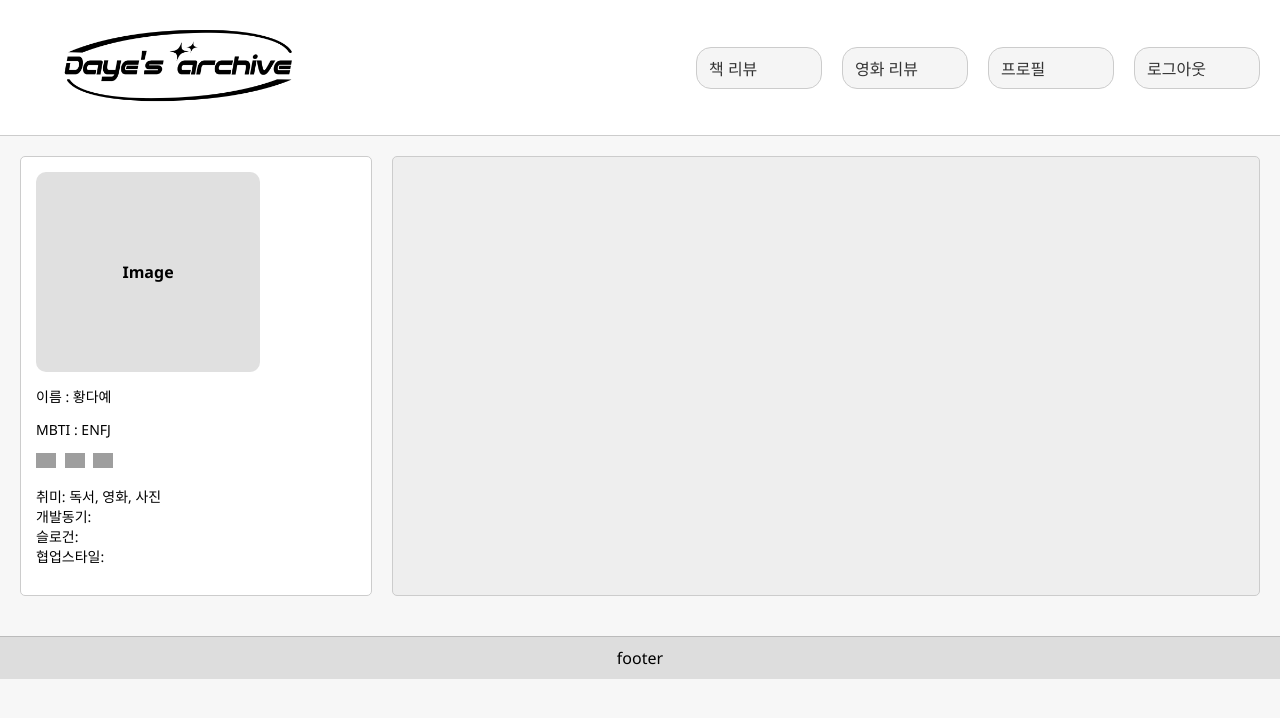
Repository: HWANG-DAYE/spring_project
Page: http://localhost/daye_archive/WEB-INF/views/main.jsp
An editor plug-in stored every save of this project. The page is shown before and after the next save, followed by the edit.
The browser window is 1280 px wide. The pictures show the whole page.
Pictures or frames that could not be fetched are drawn as grey boxes. The page is served by Tomcat 9. Nobody is signed in. Other server files are loaded and not shown. The template is opened directly, without the code that normally fills it, so the values that code supplies are empty.

Above is the page before, as saved 2025-08-06 06:02:54.

### daye_archive/src/main/webapp/WEB-INF/views/main.jsp
<%@ page language="java" contentType="text/html; charset=UTF-8"
	pageEncoding="UTF-8"%>
<%@ taglib uri="http://java.sun.com/jsp/jstl/core" prefix="c"%>
<!DOCTYPE html>
<html lang="ko">
<head>
<meta charset="UTF-8">
<title>메인 페이지</title>
<style>
body {
	margin: 10px;
	font-family: 'Segoe UI', Tahoma, Geneva, Verdana, sans-serif;
	background-color: #f7f7f7;
}

header {
	display: flex;
	justify-content: space-between;
	align-items: center;
	padding: 10px 20px;
	background-color: #ffffff;
	border-bottom: 1px solid #ccc;
}


.container {
	display: flex;
	padding: 20px;
}

.profile {
	width: 320px;
	background-color: #fff;
	border: 1px solid #ccc;
	padding: 15px;
	border-radius: 5px;
	margin-right: 20px;
	text-align: center;
	align-items: center;
}

.profile .image-box {
	width: 70%;
	height: 200px;
	background-color: #e0e0e0;
	border-radius: 10px;
	margin-bottom: 10px;
	display: flex;
	justify-content: center;
	align-items: center;
	font-weight: bold;
}

.profile .info {
	text-align: left;
	font-size: 14px;
	margin-top: 10px;
}

.profile .sns {
	margin: 8px 0;
}

.profile .sns img {
	width: 20px;
	margin-right: 5px;
}

.content {
	flex: 1;
	background-color: #eeeeee;
	border: 1px solid #ccc;
	border-radius: 5px;
	min-height: 400px;
}

footer {
	text-align: center;
	padding: 10px;
	background-color: #ddd;
	border-top: 1px solid #bbb;
	margin-top: 20px;
}
</style>
</head>
<body>

	<header>
		<jsp:include page="navi.jsp" />
	</header>

	<div class="container">
		<div class="profile">
			<div class="image-box">Image</div>
			<div class="info">
				<p>이름 : 황다예</p>
				<p>MBTI : ENFJ</p>
				<div class="sns">
					<img src="img/github.png" alt="GitHub"> <img
						src="img/velog.png" alt="Velog"> <img src="img/notion.png"
						alt="Notion">
				</div>
				<p>
					취미: 독서, 영화, 사진<br> 개발동기: <br> 슬로건: <br> 협업스타일:
				</p>
			</div>
		</div>

		<div class="content">
			<!-- 중앙 컨텐츠 영역 -->
		</div>
	</div>

	<footer> footer </footer>

</body>
</html>

### daye_archive/src/main/webapp/WEB-INF/views/navi.jsp
<%@ page language="java" contentType="text/html; charset=UTF-8"
	pageEncoding="UTF-8"%>
<!DOCTYPE html>
<html>
<head>
<meta charset="UTF-8">
<title>Insert title here</title>
<style>
body {
	margin: 0;
	font-family: 'Segoe UI', Tahoma, Geneva, Verdana, sans-serif;
	background-color: #f7f7f7;
}

header {
	display: flex;
	align-items: center;
	padding: 10px 20px;
	background-color: #ffffff;
	border-bottom: 1px solid #ccc;
}

.logo-img {
	height: 80px;
	padding: 15px 40px;
	object-fit: contain;
}

.container {
	display: flex;
	padding: 20px;
}

.nav-links {
	display: flex;
	gap: 20px;
}

.nav-links a {
	width: 100px;
	heigh: 50px;
	text-decoration: none;
	color: #333;
	padding: 8px 12px;
	border-radius: 15px;
	border: 1px solid #ccc;
	background-color: #f5f5f5;
	transition: background-color 0.2s;
}

.nav-links a:hover {
	background-color: #e0e0e0;
}
</style>
</head>
<body>
	<!-- navi.jsp -->
	<div class="logo">
		<a href="main.jsp"> <img
			src="${pageContext.request.contextPath}/resources/images/logo1.png"
			alt="Logo" class="logo-img">
		</a>
	</div>

	<nav class="nav-links">
		<a href="bookList.jsp">책 리뷰</a> <a href="movieList.jsp">영화 리뷰</a> <a
			href="profile.jsp">프로필</a> <a href="logout.jsp">로그아웃</a>
	</nav>


</body>
</html>

After the next save:
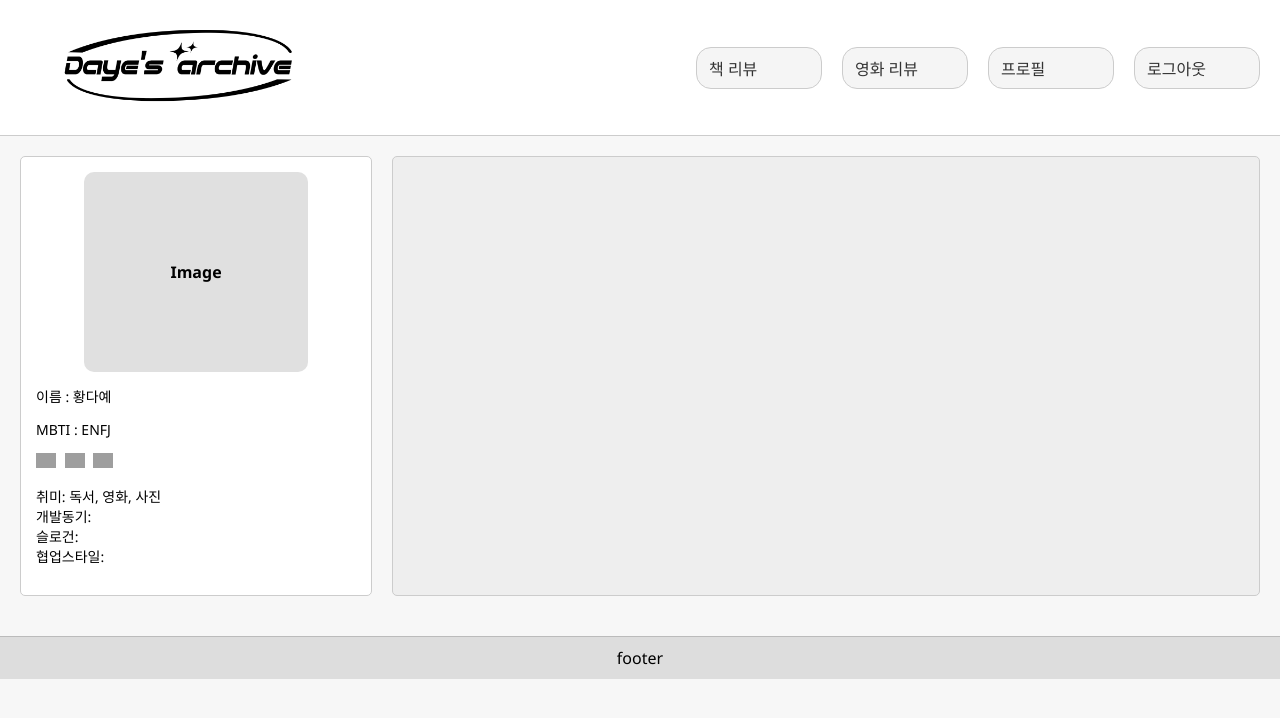
Saved 84 s later.
--- a/daye_archive/src/main/webapp/WEB-INF/views/main.jsp
+++ b/daye_archive/src/main/webapp/WEB-INF/views/main.jsp
@@ -44,12 +44,13 @@ header {
 	height: 200px;
 	background-color: #e0e0e0;
 	border-radius: 10px;
-	margin-bottom: 10px;
+	margin: 0 auto 10px; /* 가운데 정렬을 위해 수정 */
 	display: flex;
 	justify-content: center;
 	align-items: center;
 	font-weight: bold;
 }
+
 
 .profile .info {
 	text-align: left;
